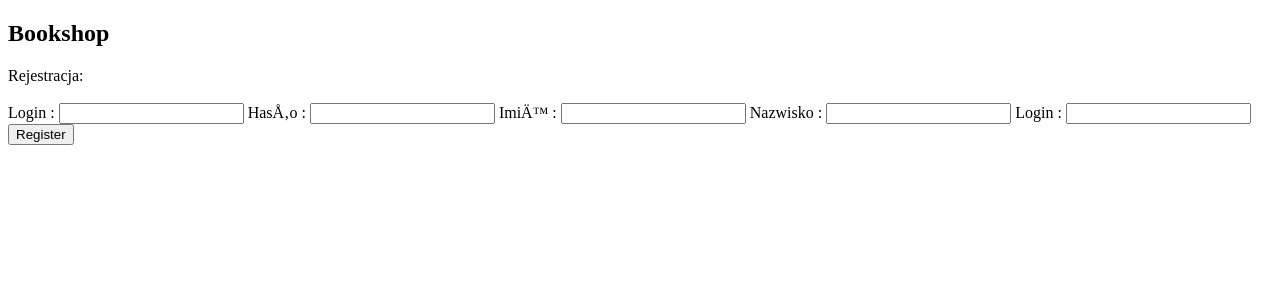
Repository: zlenyk/wrzucak
Page: http://localhost/Shop/registration.jsp
An editor plug-in stored every save of this project. The page is shown before and after the next save, followed by the edit.
The browser window is 1280 px wide. The pictures show the whole page.
The page is served by Tomcat 9.

Above is the page before, as saved 2013-09-04 15:01:56.

### Shop/WebContent/registration.jsp
<%@ page language="java" contentType="text/html; charset=ISO-8859-1"
    pageEncoding="ISO-8859-1"%>
<!DOCTYPE html PUBLIC "-//W3C//DTD HTML 4.01 Transitional//EN" "http://www.w3.org/TR/html4/loose.dtd">
<html>
<head>
<meta http-equiv="Content-Type" content="text/html; charset=ISO-8859-1">
<head>
  <title>Bookshop</title>
</head>
<body>
  <h2>Bookshop</h2>
<body>
  <form method="POST" action="http://localhost:8080/Shop/Login">
    Rejestracja:<br /><br />
    Login : <input type="text" name="login" />
    Hasło : <input type="text" name="password" />
    Imię : <input type="text" name="name" />
    Nazwisko : <input type="text" name="surname" />
        Login : <input type="text" name="login" />
    <input type="hidden" name ="action" value = "login" />
    <input type="submit" value="Register" />
  </form>
</body>
</html>

After the next save:
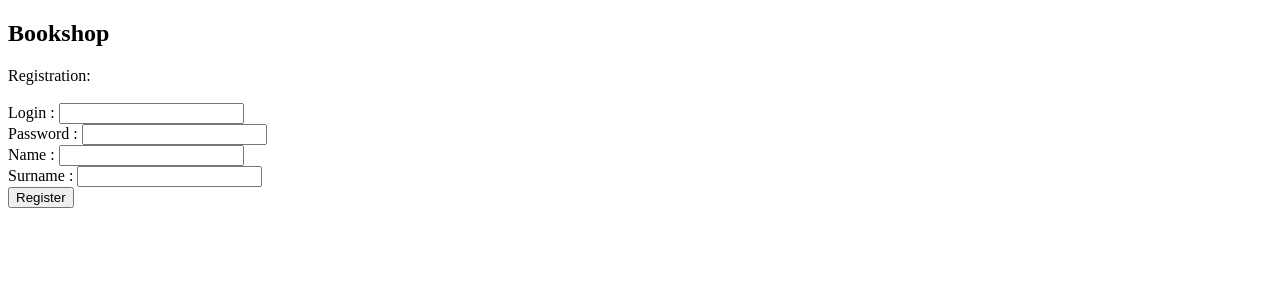
Saved 34 s later.
--- a/Shop/WebContent/registration.jsp
+++ b/Shop/WebContent/registration.jsp
@@ -11,12 +11,11 @@
   <h2>Bookshop</h2>
 <body>
   <form method="POST" action="http://localhost:8080/Shop/Login">
-    Rejestracja:<br /><br />
-    Login : <input type="text" name="login" />
-    Hasło : <input type="text" name="password" />
-    Imię : <input type="text" name="name" />
-    Nazwisko : <input type="text" name="surname" />
-        Login : <input type="text" name="login" />
+    Registration:<br /><br />
+    Login : <input type="text" name="login" /><br />
+    Password : <input type="text" name="password" /><br />
+    Name : <input type="text" name="name" /><br />
+    Surname : <input type="text" name="surname" /><br />
     <input type="hidden" name ="action" value = "login" />
     <input type="submit" value="Register" />
   </form>
